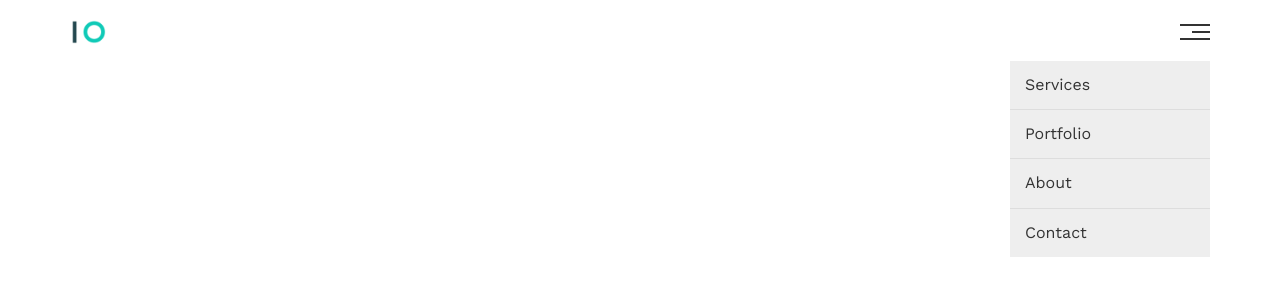
Repository: sayco/CSS-Front-End-Tutorials---Elzero
Page: 7-HTML and CSS Template One/index.html
The author's editor kept a copy of each file at every save. The page is drawn from the files as they stood at one save, then again after the next save.
The browser window is 1280 px wide. The pictures show the whole page.

Above is the page before, as saved 2021-06-19 14:10:17.

After the next save:
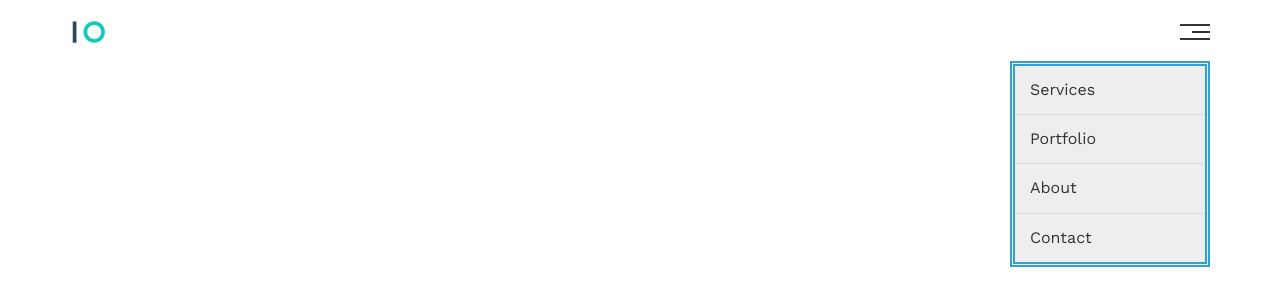
Saved 2 min 9 s later.
--- a/7-HTML and CSS Template One/css/style.css
+++ b/7-HTML and CSS Template One/css/style.css
@@ -84,7 +84,7 @@
   padding: 0;
 }
 
-.header .links ul::before
+.header .links ul
 {
   border: thick double #32a1ce;
 }

After the save that followed:
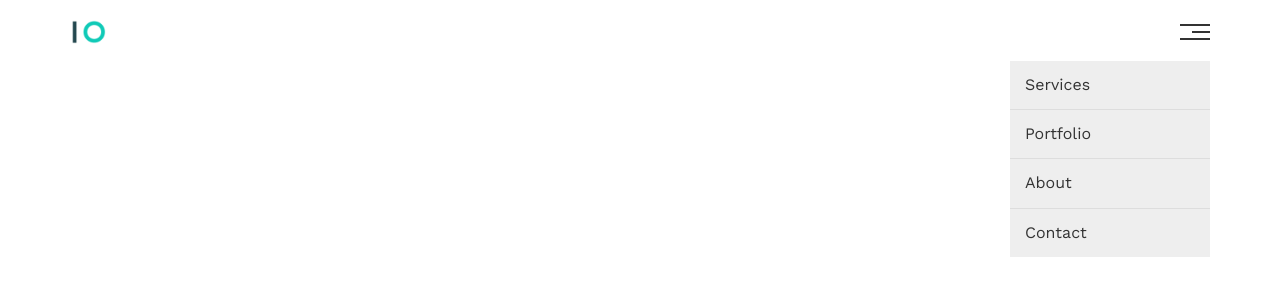
Saved 18 s later.
--- a/7-HTML and CSS Template One/css/style.css
+++ b/7-HTML and CSS Template One/css/style.css
@@ -86,7 +86,7 @@
 
 .header .links ul
 {
-  border: thick double #32a1ce;
+  border: 1px solid red blue green yellow;
 }
 
 .header .links ul li
